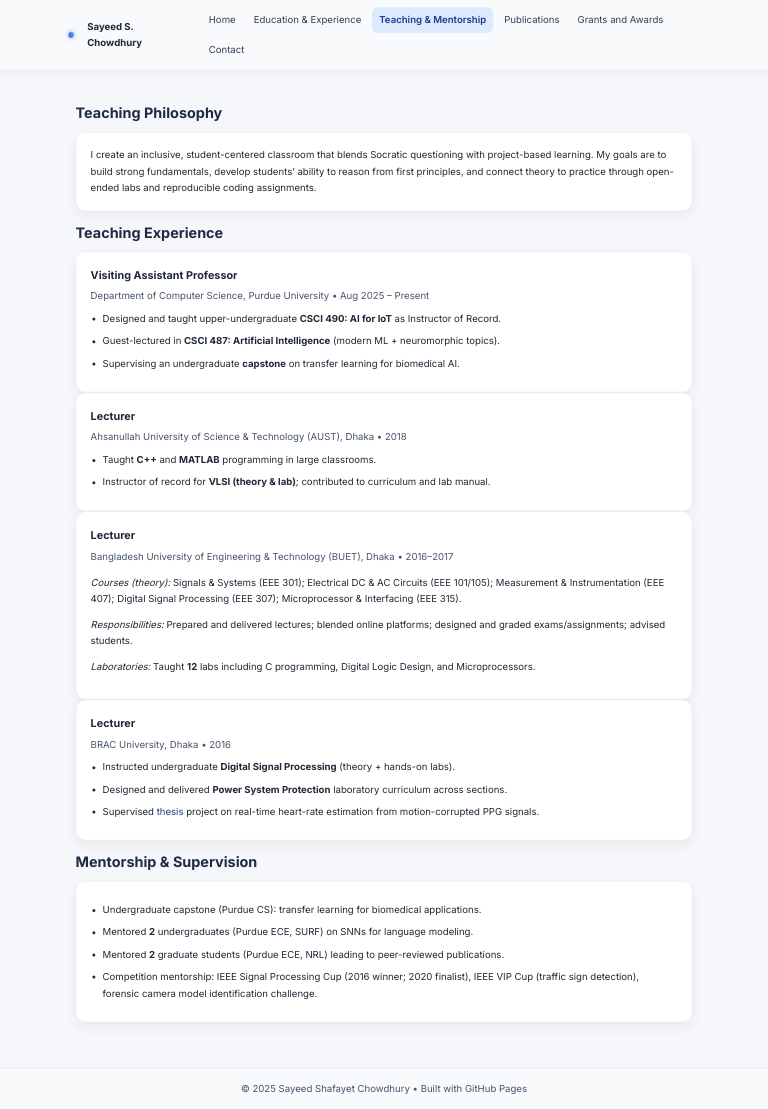
Repository: SayeedChowdhury/SayeedChowdhury.github.io
Page: teaching.html
These files come from the project's save history. The page is drawn as it stood at one moment and after the next save; the edit follows.
The browser window is 1280 px wide. The pictures show the whole page, at 60% of full size.

Above is the page before, as saved 2025-08-13 10:38:24.

### teaching.html
<!doctype html>
<html lang="en">
<head>
  <meta charset="utf-8">
  <meta name="viewport" content="width=device-width, initial-scale=1">
  <title>Teaching & Mentorship • Sayeed S. Chowdhury</title>
  <link rel="preconnect" href="https://fonts.googleapis.com">
  <link rel="preconnect" href="https://fonts.gstatic.com" crossorigin>
  <link href="https://fonts.googleapis.com/css2?family=Inter:wght@400;600;700&display=swap" rel="stylesheet">
  <link rel="stylesheet" href="assets/style.css">
</head>
<body>
<div class="nav">
  <div class="inner container">
    <div class="brand"><span class="dot"></span> <a href="index.html" style="text-decoration:none;color:inherit;">Sayeed S. Chowdhury</a></div>
    <div style="margin-left:auto; display:flex; gap:6px; flex-wrap:wrap">
      <a href="index.html" class="">Home</a>
      <a href="edu-exp.html" class="">Education & Experience</a>
      <a href="teaching.html" class="active">Teaching & Mentorship</a>
      <!-- <a href="research.html" class="">Research</a> -->
      <a href="publications.html" class="">Publications</a>
      <a href="awards.html" class="">Grants and Awards</a>
      <a href="contact.html" class="">Contact</a>
    </div>
  </div>
</div>
<div class="container">

  <section class="section">
    <h2>Teaching Philosophy</h2>
    <div class="card">
      <p style="margin:0">
        I create an inclusive, student-centered classroom that blends Socratic questioning with project-based learning.
        My goals are to build strong fundamentals, develop students’ ability to reason from first principles, and connect
        theory to practice through open-ended labs and reproducible coding assignments.
      </p>
    </div>

    <h2>Teaching Experience</h2>

    <!-- Purdue — Visiting Assistant Professor -->
    <div class="card">
      <h3>Visiting Assistant Professor</h3>
      <div class="lead">Department of Computer Science, Purdue University • Aug&nbsp;2025 – Present</div>
      <ul class="list">
        <li>Designed and taught upper-undergraduate <strong>CSCI 490: AI for IoT</strong> as Instructor of Record.</li>
        <li>Guest-lectured in <strong>CSCI 487: Artificial Intelligence</strong> (modern ML + neuromorphic topics).</li>
        <li>Supervising an undergraduate <strong>capstone</strong> on transfer learning for biomedical AI.</li>
      </ul>
    </div>

    <!-- AUST -->
    <div class="card">
      <h3>Lecturer</h3>
      <div class="lead">Ahsanullah University of Science &amp; Technology (AUST), Dhaka • 2018</div>
      <ul class="list">
        <li>Taught <strong>C++</strong> and <strong>MATLAB</strong> programming in large classrooms.</li>
        <li>Instructor of record for <strong>VLSI (theory &amp; lab)</strong>; contributed to curriculum and lab manual.</li>
      </ul>
    </div>

    <!-- BUET -->
    <div class="card">
      <h3>Lecturer</h3>
      <div class="lead">Bangladesh University of Engineering &amp; Technology (BUET), Dhaka • 2016–2017</div>
      <p><em>Courses (theory):</em> Signals &amp; Systems (EEE 301); Electrical DC &amp; AC Circuits (EEE 101/105);
        Measurement &amp; Instrumentation (EEE 407); Digital Signal Processing (EEE 307);
        Microprocessor &amp; Interfacing (EEE 315).</p>
      <p><em>Responsibilities:</em> Prepared and delivered lectures; blended online platforms; designed and graded
        exams/assignments; advised students.</p>
      <p><em>Laboratories:</em> Taught <strong>12</strong> labs including C programming, Digital Logic Design, and Microprocessors.</p>
    </div>

    <!-- BRAC University -->
    <div class="card">
      <h3>Lecturer</h3>
      <div class="lead">BRAC University, Dhaka • 2016</div>
      <ul class="list">
        <li>Instructed undergraduate <strong>Digital Signal Processing</strong> (theory + hands-on labs).</li>
        <li>Designed and delivered <strong>Power System Protection</strong> laboratory curriculum across sections.</li>
        <li>Supervised <a href="https://dspace.bracu.ac.bd/xmlui/handle/10361/8610?show=full" target="_blank" rel="noopener">thesis</a> project on real-time heart-rate estimation from motion-corrupted PPG signals.</li>
      </ul>
    </div>

    <h2>Mentorship &amp; Supervision</h2>
    <div class="card">
      <ul class="list">
        <li>Undergraduate capstone (Purdue CS): transfer learning for biomedical applications.</li>
        <li>Mentored <strong>2</strong> undergraduates (Purdue ECE, SURF) on SNNs for language modeling.</li>
        <li>Mentored <strong>2</strong> graduate students (Purdue ECE, NRL) leading to peer-reviewed publications.</li>
        <li>Competition mentorship:
          IEEE Signal Processing Cup (2016 winner; 2020 finalist),
          IEEE VIP Cup (traffic sign detection),
          forensic camera model identification challenge.
        </li>
      </ul>
    </div>
  </section>

</div>
<div class="footer">© 2025 Sayeed Shafayet Chowdhury • Built with GitHub Pages</div>
</body>
</html>

### assets/style.css
/* ================================
   Sayeed S. Chowdhury — style.css
   Mild light theme (no top halo)
   ================================ */

   :root{
    --bg:#f6f7fb;          /* mild light (not white) */
    --panel:#ffffff;       /* card surface */
    --panel-2:#f1f5fb;     /* subtle secondary surface */
    --ink:#1f2937;         /* main text (slate-800) */
    --muted:#475569;       /* secondary text (slate-600) */
    --navy:#1e3a8a;        /* accent for nav/links (blue-900) */
    --gold:#b58500;        /* optional accent */
    --border:#e5e7eb;      /* card/nav borders */
    --shadow:0 8px 22px rgba(0,0,0,.06);
    --radius:16px;
  }

  /* Base */
  *{ box-sizing:border-box }
  html,body{ height:100% }
  body{
    margin:0;
    color:var(--ink);
    background:var(--bg); /* removed radial gradients/halo */
    font:16px/1.7 "Inter", system-ui, -apple-system, Segoe UI, Roboto, Helvetica, Arial;
    -webkit-font-smoothing:antialiased;
    text-rendering:optimizeLegibility;
  }

  .container{ max-width:1100px; margin:0 auto; padding:24px }

  /* Top Nav */
  .nav{
    position:sticky; top:0; z-index:10;
    background:#f9fafb;                      /* solid so it’s visible */
    backdrop-filter:saturate(140%) blur(6px);
    border-bottom:1px solid var(--border);
    box-shadow:0 6px 14px rgba(0,0,0,.04);
  }
  .nav .inner{ display:flex; align-items:center; gap:16px; padding:12px 24px; }
  .nav .brand{ display:flex; align-items:center; gap:10px; font-weight:700; color:var(--ink) }
  .nav .brand .dot{ width:10px; height:10px; border-radius:50%; background:linear-gradient(45deg,#2563eb,#60a5fa); box-shadow:0 0 8px rgba(37,99,235,.5) }
  .nav a{
    color:#334155;                            /* slate-700: readable */
    text-decoration:none;
    padding:8px 12px;
    border-radius:10px;
  }
  .nav a:hover{
    color:var(--navy);
    background:#e6edf7;                       /* gentle hover pill */
  }
  .nav a.active{
    color:var(--navy);
    background:#dbeafe;                       /* visible active pill */
    font-weight:600;
  }
  .nav a:focus-visible{ outline:2px solid #93c5fd; outline-offset:2px }

  /* Hero & Layout */
  .hero{
    display:grid; grid-template-columns:1.1fr .9fr; gap:28px; align-items:stretch;
    padding:48px 24px 12px;
  }
  .row{ display:flex; gap:18px; flex-wrap:wrap; align-items:center }

  /* Cards */
  .card{
    background:var(--panel);
    border:1px solid var(--border);
    border-radius:var(--radius);
    box-shadow:var(--shadow);
    padding:24px;
  }
  .cards{ display:grid; grid-template-columns:repeat(12,1fr); gap:20px; margin-top:18px }
  .card.grid-12{ grid-column:span 12 }
  .card.grid-6{ grid-column:span 6 }
  .card.grid-4{ grid-column:span 4 }

  /* Typography */
  h1{ font-size:32px; margin:0 0 6px }         /* smaller homepage name */
  h2{ font-size:24px; margin:16px 0 10px; color:#1f2a44 }
  h3{ font-size:18px; margin:0 0 6px }
  .lead{ color:var(--muted); font-size:16px }
  .kicker{ color:var(--gold); font-weight:700; letter-spacing:.4px; text-transform:uppercase; font-size:12px }
  .page-title{ margin:8px 0 16px }
  .page-title h1{ font-size:46px; letter-spacing:.4px; margin:0; color:#1f2a44 }

  /* Lists */
  .list{ padding-left:20px; margin:0 }
  .list li{ margin:10px 0 }

  /* Headshot */
  .headshot{
    width:160px; height:160px; border-radius:50%; object-fit:cover;
    border:3px solid #eef2ff; box-shadow:0 4px 14px rgba(0,0,0,.06)
  }

  /* Badges & Pills */
  .badges{ display:flex; flex-wrap:wrap; gap:10px; margin-top:14px }
  .badge{
    background:#f1f5fb; border:1px solid #dbe4f2; color:#2b4a6a;
    padding:6px 10px; border-radius:999px; font-size:13px
  }
  .pill{
    display:inline-block; padding:5px 10px; border:1px solid var(--border);
    border-radius:999px; font-size:12px; color:var(--muted); margin-right:8px
  }

  /* Buttons */
  .cta{ display:flex; gap:12px; flex-wrap:wrap; margin-top:12px }
  .button{
    display:inline-flex; align-items:center; gap:10px;
    padding:12px 16px; border-radius:12px;
    border:1px solid #c7d2fe; background:#eef2ff; color:#1f2937;
    text-decoration:none; font-weight:600;
  }
  .button:hover{ background:#e0e7ff }
  .button.secondary{ background:#ffffff; border:1px solid #e4e8ef }

  /* Links (site-wide) */
  a{ color:#1e3a8a; text-decoration:none }
  a:hover{ color:#0f2a6e; text-decoration:underline }
  a:visited{ color:#1e3a8a } /* avoid purple on visited */

  /* Sections */
  .section{ padding:12px }
  .section .title{ display:flex; align-items:center; justify-content:space-between }

  /* Footer (visible on light) */
  .footer{
    background:#f9fafb;
    color:#475569;
    border-top:1px solid var(--border);
    text-align:center;
    padding:20px;
    margin-top:40px;
  }

  /* Forms (if any) */
  input, textarea, select{
    background:#fff; color:var(--ink); border:1px solid var(--border);
    border-radius:10px; padding:10px 12px
  }
  input:focus, textarea:focus, select:focus{
    outline:2px solid #93c5fd; outline-offset:2px
  }

  /* Responsive */
  @media (max-width: 900px){
    .hero{ grid-template-columns:1fr }
    .card.grid-6, .card.grid-4{ grid-column:span 12 }
  }

  /* Print */
  @media print{
    .nav, .footer, .cta{ display:none }
    body{ background:#ffffff; color:#111 }
    .card{ box-shadow:none; border-color:#ddd }
  }

After the next save:
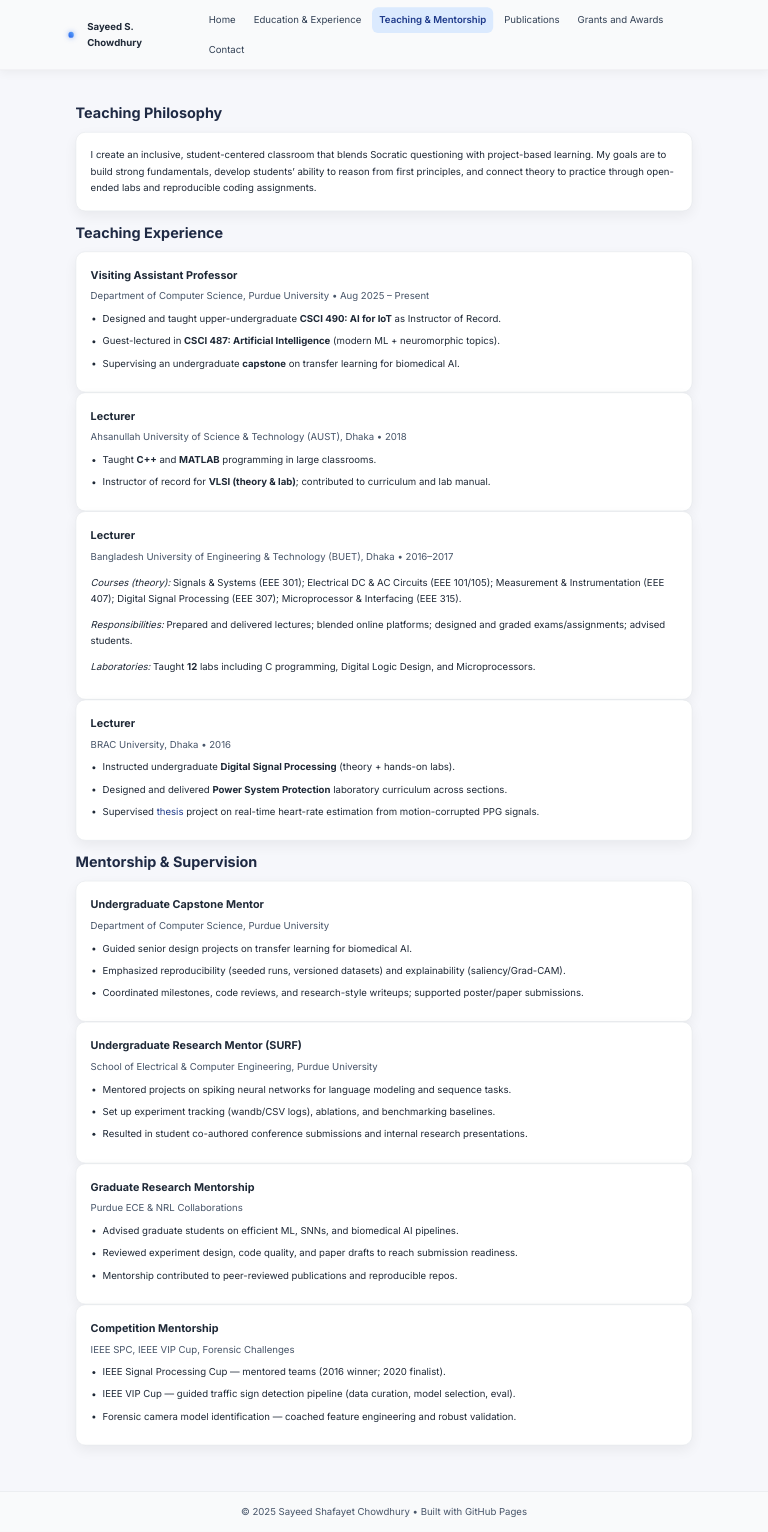
Saved 8 min 55 s later.
--- a/teaching.html
+++ b/teaching.html
@@ -83,18 +83,51 @@
     </div>
 
     <h2>Mentorship &amp; Supervision</h2>
+
+    <!-- Undergraduate Capstone -->
     <div class="card">
+      <h3>Undergraduate Capstone Mentor</h3>
+      <div class="lead">Department of Computer Science, Purdue University</div>
       <ul class="list">
-        <li>Undergraduate capstone (Purdue CS): transfer learning for biomedical applications.</li>
-        <li>Mentored <strong>2</strong> undergraduates (Purdue ECE, SURF) on SNNs for language modeling.</li>
-        <li>Mentored <strong>2</strong> graduate students (Purdue ECE, NRL) leading to peer-reviewed publications.</li>
-        <li>Competition mentorship:
-          IEEE Signal Processing Cup (2016 winner; 2020 finalist),
-          IEEE VIP Cup (traffic sign detection),
-          forensic camera model identification challenge.
-        </li>
+        <li>Guided senior design projects on transfer learning for biomedical AI.</li>
+        <li>Emphasized reproducibility (seeded runs, versioned datasets) and explainability (saliency/Grad-CAM).</li>
+        <li>Coordinated milestones, code reviews, and research-style writeups; supported poster/paper submissions.</li>
       </ul>
     </div>
+
+    <!-- SURF Projects -->
+    <div class="card">
+      <h3>Undergraduate Research Mentor (SURF)</h3>
+      <div class="lead">School of Electrical &amp; Computer Engineering, Purdue University</div>
+      <ul class="list">
+        <li>Mentored projects on spiking neural networks for language modeling and sequence tasks.</li>
+        <li>Set up experiment tracking (wandb/CSV logs), ablations, and benchmarking baselines.</li>
+        <li>Resulted in student co-authored conference submissions and internal research presentations.</li>
+      </ul>
+    </div>
+
+    <!-- Graduate Mentorship -->
+    <div class="card">
+      <h3>Graduate Research Mentorship</h3>
+      <div class="lead">Purdue ECE &amp; NRL Collaborations</div>
+      <ul class="list">
+        <li>Advised graduate students on efficient ML, SNNs, and biomedical AI pipelines.</li>
+        <li>Reviewed experiment design, code quality, and paper drafts to reach submission readiness.</li>
+        <li>Mentorship contributed to peer-reviewed publications and reproducible repos.</li>
+      </ul>
+    </div>
+
+    <!-- Competitions -->
+    <div class="card">
+      <h3>Competition Mentorship</h3>
+      <div class="lead">IEEE SPC, IEEE VIP Cup, Forensic Challenges</div>
+      <ul class="list">
+        <li>IEEE Signal Processing Cup — mentored teams (2016 winner; 2020 finalist).</li>
+        <li>IEEE VIP Cup — guided traffic sign detection pipeline (data curation, model selection, eval).</li>
+        <li>Forensic camera model identification — coached feature engineering and robust validation.</li>
+      </ul>
+</div>
+
   </section>
 
 </div>
